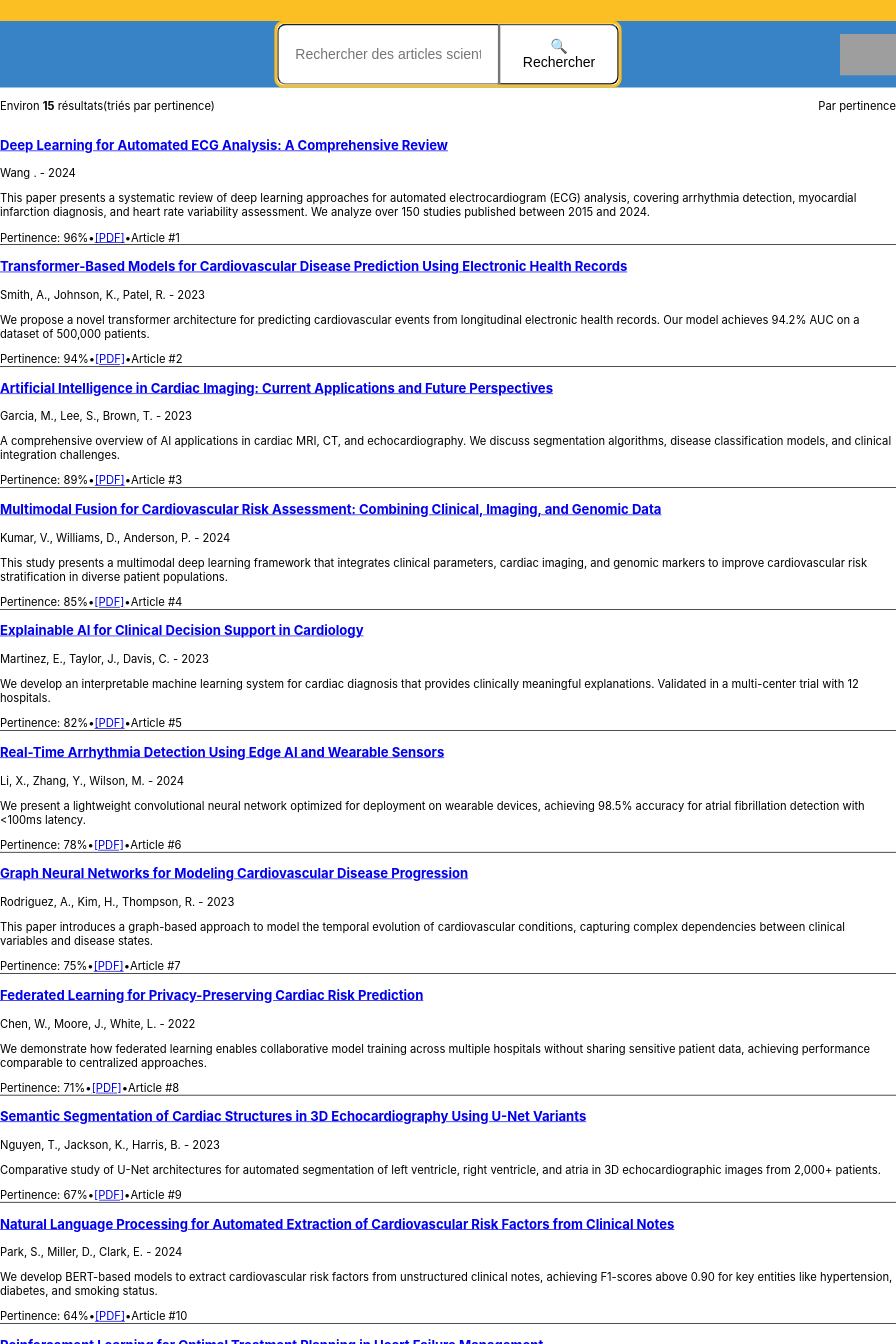
Repository: elh33/SemanticSciSearch
Page: / (app in frontend/)
These files come from the project's save history. The page is drawn as it stood at one moment and after the next save; the edit follows.
The browser window is 1280 px wide. The pictures show the part of the page from y = 0 to 1920 px (the page is 2700 px tall before and 3000 px after), at 70% of full size.
Pictures or frames that could not be fetched are drawn as grey boxes. The project was rebuilt for these pictures with package versions that can differ from the ones it lists, and the page was loaded fresh each time.

Above is the page before, as saved 2025-11-21 23:21:38.

After the next save:
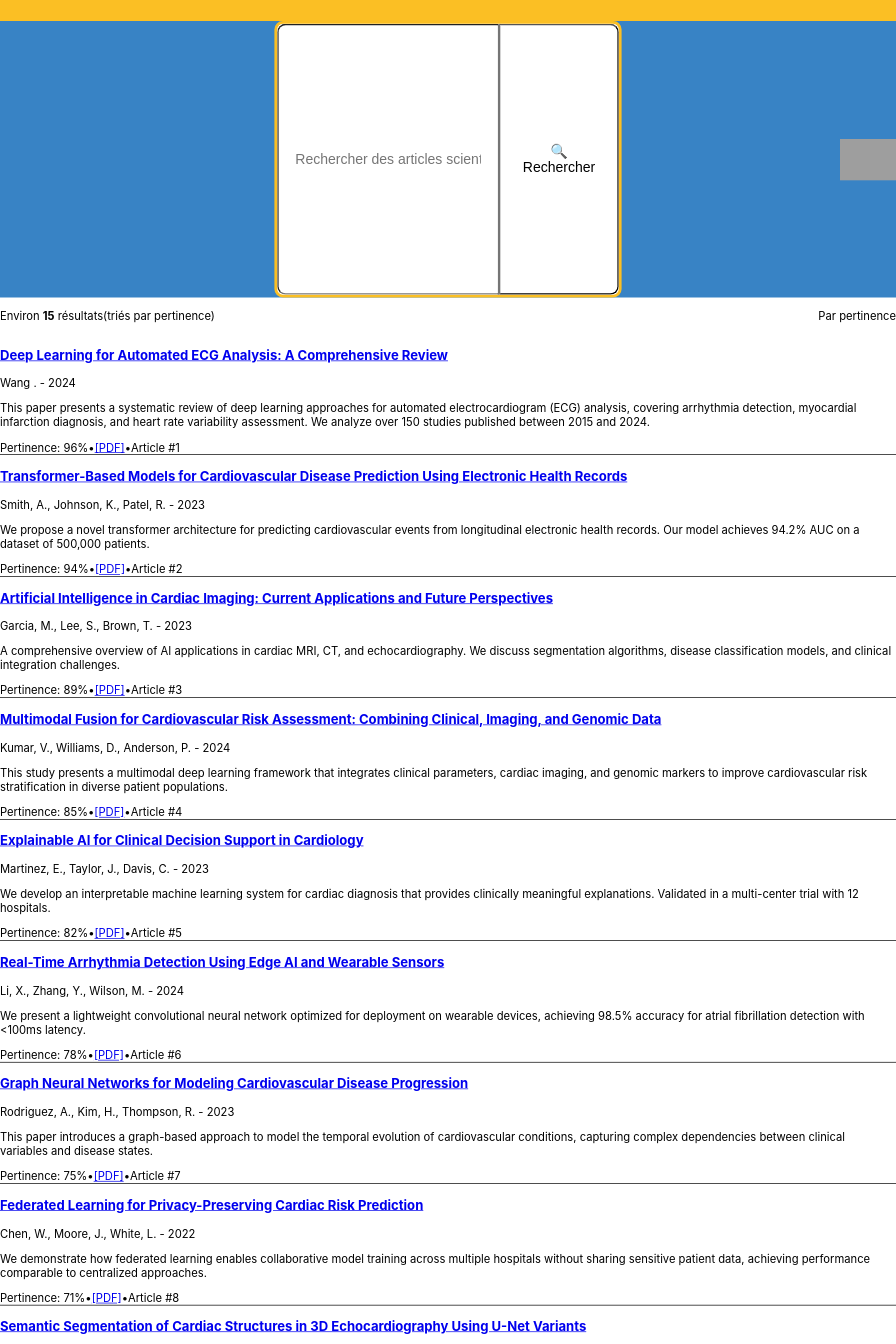
Saved 20 s later.
--- a/frontend/src/components/SearchResults.tsx
+++ b/frontend/src/components/SearchResults.tsx
@@ -59,7 +59,7 @@
                   className="flex-grow outline-none"
                   style={{
                     borderRadius: '12px 0 0 12px',
-                    padding: '18px 24px',
+                    padding: '180px 24px',
                     fontSize: '20px'
                   }}
                 />

After the 2 saves that followed:
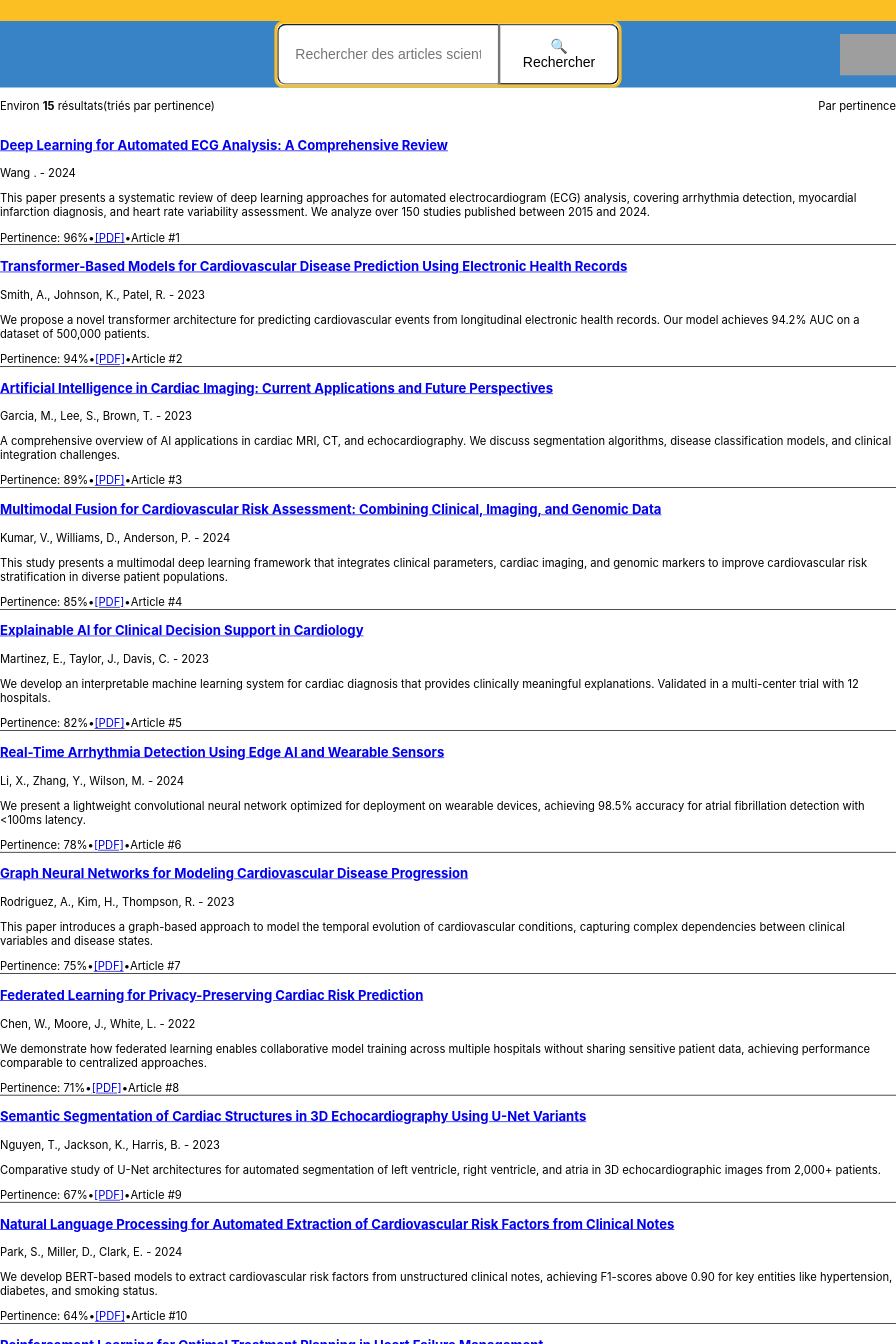
The 2 saves are shown as one change because they came seconds apart.
The last was saved 6 s later.
--- a/frontend/src/components/SearchResults.tsx
+++ b/frontend/src/components/SearchResults.tsx
@@ -59,7 +59,7 @@
                   className="flex-grow outline-none"
                   style={{
                     borderRadius: '12px 0 0 12px',
-                    padding: '180px 24px',
+                    padding: '10px 24px',
                     fontSize: '20px'
                   }}
                 />
